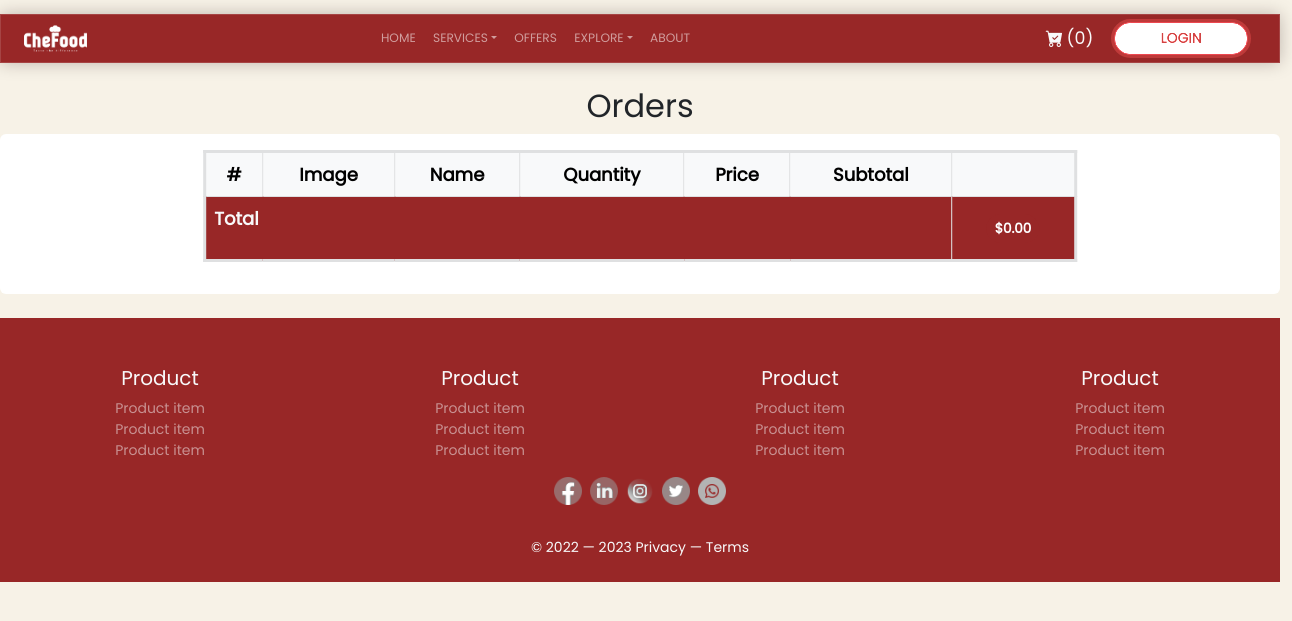
Repository: qamchamine/chefood
Page: /cart (app in front-end/)
The author's editor kept a copy of each file at every save. The page is drawn from the files as they stood at one save, then again after the next save.
The browser window is 1280 px wide. The page is 1292 px wide, so the pictures cover 1292 px, including what lies to the right of the window. The pictures show the whole page.
The project was rebuilt for these pictures with package versions that can differ from the ones it lists, and the page was loaded fresh each time. Some packages were replaced by stand-ins written for this rebuild. Also part of the build but not shown: front-end/src/css/products.css, front-end/src/components/small_components/ProductCard.jsx, front-end/src/components/small_components/AddProduct.jsx, front-end/src/components/pages/sub-pages/Products.jsx, front-end/src/components/small_components/ButtonMain.jsx, front-end/src/components/small_components/HomeCard.jsx, front-end/src/components/small_components/HomeCardFullSection.jsx, front-end/src/components/pages/Home.jsx and 34 more. Imported but missing from the stored project, and not drawn on this page: front-end/src/sounds/applause.mp3, front-end/src/sounds/wheel.mp3.

Above is the page before, as saved 2023-06-25 20:20:25.

### front-end/public/index.html
<!DOCTYPE html>
<html lang="en">
  <head>
    <meta charset="utf-8" />
    <link rel="icon" href="%PUBLIC_URL%/favicon.ico" />
    <meta name="viewport" content="width=device-width, initial-scale=1" />
    <meta name="theme-color" content="#000000" />
    <meta
      name="description"
      content="Web site created using create-react-app"
    />
    <link
    rel="stylesheet"
    href="https://fonts.googleapis.com/css?family=Roboto:400,700"
  />
  <link rel="stylesheet" href="https://cdn.jsdelivr.net/npm/bootstrap-icons@1.10.5/font/bootstrap-icons.css">

    <link rel="apple-touch-icon" href="%PUBLIC_URL%/logo192.png" />
    <link rel="manifest" href="%PUBLIC_URL%/manifest.json" />

    <link rel="stylesheet" href="https://fonts.googleapis.com/icon?family=Material+Icons">

    <link rel="stylesheet" href="https://maxcdn.bootstrapcdn.com/font-awesome/4.7.0/css/font-awesome.min.css">
    <script src="https://code.jquery.com/jquery-3.5.1.min.js"></script>
    <script src="https://cdn.jsdelivr.net/npm/popper.js@1.16.0/dist/umd/popper.min.js"></script>




    <title>React App</title>
  </head>
  <body>

    <div id="root"></div>
<!--     <script src="jquery/jquery-3.6.0.js"></script>  -->
    <script src="https://unpkg.com/sweetalert/dist/sweetalert.min.js"></script>

  </body>
</html>

### front-end/src/config/ShoppingContext.jsx

  import React, { createContext, useState, useEffect } from 'react';
  import Swal from 'sweetalert2'
  import axios from 'axios';

   const ShoppingContext = createContext();

const ShoppingProvider = ({ children }) => {
/*     const [orders,setOrders] = useState([])
     */

/*       function removeFromCart(item){
        setCartItems(cartItems.filter(product => product.id !== item.id));
        Swal.fire({
          position: 'top-end',
          icon: 'success',
          title: 'Your item has been removed',
          showConfirmButton: false,
          timer: 1500
        });
      } */

      return (
    <ShoppingContext.Provider value={
        { /* orders,setOrders */
          /* products,  cartItems, removeFromCart */
        }
      }>      {children}
    </ShoppingContext.Provider>
  );
};
export { ShoppingContext, ShoppingProvider }

### front-end/src/components/Footer.jsx
import React, { useEffect } from 'react'

import Facebook from '../images/icons/facebook.png'
import Linkedin from '../images/icons/linkedin.png'
import Instagram from '../images/icons/instagram.png'
import Twitter from '../images/icons/twitter.png'
import Whatsapp from '../images/icons/whatsapp.png'
import './../css/nav-footer.css';
export default function Footer() {

    return (
        <div className='footer container-fluid' style={{ background: '#982727' }}>
            <footer className=' py-2 pt-5 d-grid text-light'>
                <div className='row justify-content-around text-center '>
                    <div className='d-grid col-6 col-sm-12 col-md-6 col-lg-4 col-xl-3'>
                        <h5>Product</h5>
                        <a className='text-decoration-none text-light opacity-50' href="">Product item</a>
                        <a className='text-decoration-none text-light opacity-50' href="">Product item</a>
                        <a className='text-decoration-none text-light opacity-50' href="">Product item</a>
                    </div>
                    <div className='d-grid col-6 col-sm-12 col-md-6 col-lg-4 col-xl-3'>
                        <h5>Product</h5>
                        <a className='text-decoration-none text-light opacity-50' href="">Product item</a>
                        <a className='text-decoration-none text-light opacity-50' href="">Product item</a>
                        <a className='text-decoration-none text-light opacity-50' href="">Product item</a>
                    </div>
                    <div className='d-grid col-6 col-sm-12 col-md-6 col-lg-4 col-xl-3'>
                        <h5>Product</h5>
                        <a className='text-decoration-none text-light opacity-50' href="">Product item</a>
                        <a className='text-decoration-none text-light opacity-50' href="">Product item</a>
                        <a className='text-decoration-none text-light opacity-50' href="">Product item</a>
                    </div>
                    <div className='d-grid col-6 col-sm-12 col-md-6 col-lg-4 col-xl-3'>
                        <h5>Product</h5>
                        <a className='text-decoration-none text-light opacity-50' href="">Product item</a>
                        <a className='text-decoration-none text-light opacity-50' href="">Product item</a>
                        <a className='text-decoration-none text-light opacity-50' href="">Product item</a>
                    </div>
                </div>
                <div className='footer-icons row justify-content-center py-3 '>
                    <div className='d-flex gap-2 justify-content-center'>
                        <a href=""> <img src={Facebook} className='footer-icon' alt="" /> </a>
                        <a href=""> <img src={Linkedin} className='footer-icon' alt="" /> </a>
                        <a href=""> <img src={Instagram} className='footer-icon' alt="" /> </a>
                        <a href=""> <img src={Twitter} className='footer-icon' alt="" /> </a>
                        <a href=""> <img src={Whatsapp} className='footer-icon' alt="" /> </a>

                    </div>
                </div>
                <div className='row justify-content-center py-3'>
                    © 2022 — 2023 Privacy — Terms
                </div>
            </footer>
        </div>

    )
}

### front-end/src/css/home.css
.homeBG {
    height: fit-content;
    position: relative;
    right: -10%;
    top: 34%;
    z-index: -1;
    width: 100em !important;


}
@font-face {
    font-family: 'poppin';
    src: url('../fonts/Poppins/Poppins-Regular.ttf') ;
    font-weight: normal;
    font-style: normal;
  }
body {
    font-family:'poppin', sans-serif !important;
    background-color: #F7F2E7 !important;
    max-width: 100vw;
    font-weight: normal !important;
    overflow-x: hidden;
    font-size: 14px !important;
}

body::-webkit-scrollbar {
    width: 0;
}

.nb {
/*     position: fixed; */
/*     top: 1em; */
    background-color: #982727 !important;
    box-shadow: 0 0px 20px #1f020241;
    border: 1px solid #ffffff22;
}

.navbar {
    background-color: #982727 !important;
}

.changeColor {
    background-color: blue !important;
}

.signUP {
    background: white !important;
    color: #982727 !important;
    font-weight: bold !important;
    outline: 5px solid #982727ab;
    outline-offset: -2px;
    transition: 500ms ease;


}

.homeContent {
    height: 90vh;
    z-index: 0;
    margin-top: -1.5em !important;
}

.homeContent h1 {
    color: #F7F2E7;
    text-align: start;
width: 40vw !important;
}

.homeContent h1 span {
    position: relative;
    display: inline-block;
    margin-bottom: 10px;
    padding: 4px 20px 8px;
    transition: 1s ease;
}

.homeContent h1 span::before {
    content: '';
    position: absolute;
    background: #982727;
    left: 0;
    top: 0;
    z-index: -1;
    width: 100%;
    height: 100%;
    transform: skew(-10deg);
}

.homeContent h1 span:last-child::before {
    transform: skew(10deg);
}

.homeContent p {
    width: 72%;
    color: #982727;
    text-align: left;
}

.homeContent .homeMainButtons {
    width: 72%;
}

.cardBtn {
    transition: 1s ease;
}

.cardBtn:hover {
    filter: brightness(130%);

}

.cardBtn i {
    left: 63%;
    transition: 300ms ease;
}

.cardBtn:hover i {
    left: 75%;
}

.btnMain:hover {
    filter: brightness(130%);
}

.card-img-top {
    object-fit: cover;
}

.signUP:hover {

    background: #982727 !important;
    color: white !important;
    font-weight: bold !important;
    outline: 5px solid #ffffff55;
    outline-offset: -4px;
}

.cardsGroup:not(:first-child) {
    translate: 50% 0;
}

.arrow-1-1 {
    position: absolute;
    top: 50%;
    left: 0;
}

.home .carousel-control-prev-icon,
.home .carousel-control-next-icon {

    width: 1.3em;
    height: 1.3em;
    color:black !important;

    outline: 12px solid #982929;
    outline-offset: -1px;
    background-color: #982929;
    background-size: 100%, 100%;
    border-radius: 50%;
    box-shadow: 0 0 10px black;
}

.home .carousel-control-prev,
.home .carousel-control-next {
    z-index: 10;
    width: 4em !important;
/*     background: red; */

}

/* .py-4 {
    padding-top: 0rem !important;
    padding-bottom: 0rem !important;
} */

.nb{
    zoom:87%;
}

### front-end/src/css/cart.css
.ajouterPanierTable td{
    font-size: .9em;
    width: fit-content !important;
    text-align: center;
}
.ajouterPanierTable th{
    width: fit-content !important;
    text-align: center;
}
.ajouterPanierTable {
width: 70% !important;
position: relative;
left: 50%;
translate: -50% 0;
border: .2em solid #982727;
}
.cart-page .card {
    box-shadow:none;
}

### front-end/src/css/Reviews.css
.Reviews-color
{
  color : #982727;
  text-transform: uppercase;
  letter-spacing: 0.5em;
}
.Reviews-paragraph
{
  font-size: 0.8em;
}
.parent-card{
    margin-top:50px !important;
}
.card
{
    border: none !important;
    box-shadow: 0 4px 8px 0 rgba(0, 0, 0, 0.2), 0 6px 20px 0 rgba(0, 0, 0, 0.19);
}
.user-name
{
    color : #000D7E;
}
.description
{
    color: #982727;
    font-size: 0.75em;
}
.comment{
    margin:5px;
    font-size:0.55em;
}
.reviewCardImage{
    margin-top:16px;
}
.reviewCard:hover .reviewCardImage{
    scale:1.2;
    margin-inline:.3em;
}
.reviewCard:hover .reviewCardImage{
    transition:300ms ease;
}
.reviewCard:hover .hoverstar{
    scale:1.2;
    margin-inline:.3em;
}
.reviewCard .hoverstar{
    transition:300ms ease;
}
.reviewCardImage{
    width:40%;
    transition:300ms ease;
}

.reviewCard strong{
    left:50%;
    translate:-50% 0;
    width:100%;
    bottom:.9em;
}

.the-bottom-page{
    margin-top:25px;
    position: absolute;
    left: auto;
    right: 0;
}

@media (max-width: 1200px) { /* Extra large devices (large desktops, 1200px and up) */
    .card {
      width: 100%;
    }
    .col-4 {
      width: 33.33333333%;
    }
    strong img{
        width: 19px;
    }
  }
  @media (max-width: 1118px) { /* Large devices (desktops, 992px and up) */
    .card {
      width: 100%;
    }
    .col-4 {
        width: 33.33333333%;
    }
    strong img{
        width: 16px;
    }
  }
  @media (max-width: 992px) { /* Medium devices (tablets, 768px and up) */
    .card {
        width: 140%;
    }
  }
  @media (max-width: 770px) { /* Medium devices (tablets, 768px and up) */
    .card {
        width: 95%;
    }
    .col-4 {
        width: 25% !important;
    }
    .parent-card
    {
        --bs-gutter-x: 0.5rem;
        display: grid !important;
        grid-template-columns: repeat(2, 1fr);
    }
    .col-4 {
        margin-top:10px !important;
        width: 60% !important;
    }
  }
  @media (max-width: 716px) { /* Small devices (landscape phones, 576px and up) */

    .card {
        width: 95%;
    }
        strong img{
        width: 16px;
    }
  }
  @media only screen and (max-width: 576px){ /* Small devices (landscape phones, 576px and up) */

    .card {
        width: 95%;
    }
    .col-md-2 {
        flex: 0 0 16.666667%;
        max-width: 16.666667%;
    }
    strong img{
        width: 16px;
    }
  }

  @media only screen and (max-width: 528px){ /* Small devices (landscape phones, 576px and up) */

    .card {
        width: 70%;
        margin-left:30px;
    }
    .parent-card
    {
        --bs-gutter-x: 0.5rem;
        display: grid !important;
        grid-template-columns: repeat(1, 1fr);
    }
    .col-md-2 {
        flex: 0 0 16.666667%;
        max-width: 16.666667%;
    }
    strong img{
        width: 16px;
    }
  }

  @media only screen and (max-width: 365px){ /* Small devices (landscape phones, 576px and up) */

    .card {
        width: 80%;
        margin-left:20px;
    }
    .parent-card
    {
        --bs-gutter-x: 0.5rem;
        display: grid !important;
        grid-template-columns: repeat(1, 1fr);
    }
    .col-md-2 {
        flex: 0 0 16.666667%;
        max-width: 16.666667%;
    }
    strong img{
        width: 16px;
    }
  }

### front-end/src/css/location.css
@import url('https://fonts.googleapis.com/css2?family=Roboto:wght@100&display=swap');

.location-color
{
  color : #982727;
  text-transform: uppercase;
  letter-spacing: 0.3em;
}
.where-restorant
{
    width: 459px;
    margin:auto;
}
.restorant-location-title{
    font-family: 'Century Gothic';
    font-size:32px;
    font-weight:400;
}
.restorant-location-line{
    background:#B12222;
    height: 3px;
    width: 450px;
    display: inline-block;
    margin: 15px auto;
}
.restorant-location-p
{
    color:#000000 75%;
    font-size: 15px;
    font-weight: 400;
    font-family: 'Roboto', sans-serif;
}
.main-location{
    display: grid !important;
    grid-template-columns: repeat(2, 1fr);
    flex-direction: column;
    justify-content: center;
    align-items: center;
    text-align:center;
}
.restorant-location-btn{
    background-color: #B12222;
    border: none;
    width: 300px;
    height: 40px;
    border-radius: 15px;
    color: #fff;
}
.restorant-location-btn:hover{
    background-color: #fff;
    border: 2px solid #B12222;
    border-radius: 15px;
    color: #B12222;
}
.location-icon{
    margin-right: 15px;
}


  @media (max-width: 1123px) { /* Extra large devices (large desktops, 1200px and up) */
    .earth-image img{
        width: 450px;
    }
  }
  @media (max-width: 992px) { /* Medium devices (tablets, 768px and up) */
    .earth-image img{
        width: 400px;
    }
    .where-restorant {
        width: 400px;
        margin: auto;
    }
    .restorant-location-line{
        width: 350px;
        display: inline-block;
    }
  }
  @media (max-width: 868px) { /* Medium devices (tablets, 768px and up) */

    .earth-image img{
        width: 380px;
    }
    .where-restorant {
        width: 380px;
        margin: auto;
    }
    .restorant-location-line{
        width: 320px;
        display: inline-block;
    }
    .restorant-location-p{
        font-size: 13px;
    }
    .restorant-location-title{
        font-size:28px;
    }

  }
  @media (max-width: 783px) { /* Small devices (landscape phones, 576px and up) */
    .earth-image img{
        margin-top: 30px;
        width: 380px;
    }
    .where-restorant {
        width: 380px;
        margin: auto;
    }
    .restorant-location-line{
        width: 320px;
        display: inline-block;
    }
    .restorant-location-p{
        font-size: 15px;
    }
    .restorant-location-title{
        font-size:32px;
    }
    .main-location{
        display: grid !important;
        grid-template-columns: repeat(1, 1fr);
        justify-items: center;
        text-align:center;
    }
  }
  @media(max-width: 401px){ /* Small devices (landscape phones, 576px and up) */
    .earth-image img{
        width: 330px;
        margin-top: 30px;
    }
    .where-restorant {
        width: 330px;
        margin: auto;
    }
    .restorant-location-line{
        width: 320px;
        display: inline-block;
    }
    .restorant-location-p{
        font-size: 13px;
    }
    .restorant-location-title{
        font-size:28px;
    }
    .main-location{
        display: grid !important;
        grid-template-columns: repeat(1, 1fr);
        justify-items: center;
        text-align:center;
    }
  }

### front-end/src/css/contactus.css
@import url('https://fonts.googleapis.com/css2?family=Inter:wght@200;400&family=Quattrocento+Sans&family=Roboto&display=swap');

.contactus-color{
    color : #982727;
    text-transform: uppercase;
    letter-spacing: 0.3em;
}
.image-contactus img{
    height: 620px;
}
.main-contactus{
    display: grid !important;
    grid-template-columns: repeat(2, 1fr);
    justify-items: center;
}
.message-information-send{
    width:auto;
    margin:auto;
}
.message-information-send label
{
    margin:25px 0 10px 0;
    font-family: 'Inter';
    font-style: normal;
    font-weight: 400;
    font-size: 13px;
    line-height: 26px;
    color: #692C2C;
}
.message-information-send input{
    padding:3px 15px;
    margin:15 0px;
    Width:425px;
    Height:56px;
    background: #F7F2E7;
    border: 2px solid #982727;
    border-radius: 5px;
}
.message-information-send {
    outline: none;
}
.message-information-send textarea{
    padding:15px;
    Width:425px;
    Height:220px;
    background: #F7F2E7;
    border: 2px solid #982727;
    border-radius: 5px;
}
.message-information-send textarea,input::placeholder{
    font-family: 'Inter';
    font-style: normal;
    font-weight: 200;
    font-size: 12px;
}
.message-information-send input,textarea:focus-visible{
    outline: none;
}
.send-contact-btn{
    margin-top: 14px;
    background-color: #B12222;
    border: none;
    width: 425px;
    height: 40px;
    border-radius: 15px;
    color: #fff;
    font-family: 'Roboto';
    font-style: normal;
    font-weight: 500;
    font-size: 19px;
}
.send-icon{
    margin-right:15px;
}
.send-contact-btn:hover{
    background-color: #fff;
    border: 2px solid #B12222;
    border-radius: 15px;
    color: #B12222;
}









  @media (max-width: 1118px) { /* Large devices (desktops, 992px and up) */
    .image-contactus img{
        height: 620px;
        width:550px;
    }

    .message-information-send input{
        width:325px;
    }
    .message-information-send textarea{
        width:325px;
    }
    .send-contact-btn{
        width:325px;
    }
  }
  @media (max-width: 992px) { /* Medium devices (tablets, 768px and up) */
    .image-contactus img{
        margin: auto;
        height: 550px;
        width:450px;
    }
    .message-information-send{
        margin-right:50px;
    }
    .message-information-send input{
        width:325px;
    }
    .message-information-send textarea{
        width:325px;
    }
    .send-contact-btn{
        width:325px;
    }
  }
  @media (max-width: 881px) { /* Medium devices (tablets, 768px and up) */
    .image-contactus img{
        margin: auto;
        height: 550px;
        width:450px;
    }
    .main-contactus{
        display: grid !important;
        grid-template-columns: repeat(1, 1fr);
        flex-direction: column;
        justify-content: center;
        align-items: center;
    }
    .message-information-send{
        margin:auto;
    }
    .message-information-send input{
        width: 425px;
    }
    .message-information-send textarea{
        width: 425px;
    }
    .send-contact-btn{
        width: 425px;
    }
  }


  @media only screen and (max-width: 467px){ /* Small devices (landscape phones, 576px and up) */

    .image-contactus img{
        margin: auto;
        height: 500px;
        width:330px;
    }
    .main-contactus{
        display: grid !important;
        grid-template-columns: repeat(1, 1fr);
        justify-items: center;
    }
    .message-information-send{
        margin:auto;
    }
    .message-information-send input{
        width: 325px;
    }
    .message-information-send textarea{
        width: 325px;
    }
    .send-contact-btn{
        width: 325px;
    }

  }

### front-end/src/css/Timer.css

@import url(https://fonts.googleapis.com/css?family=Titillium+Web:400,200,200italic,300,300italic,900,700italic,700,600italic,600,400italic);

/* .timer {
  font-family: 'Titillium Web', cursive;
  width: 800px;
  margin: 0 auto;
  text-align: center;
  color: white;
  background: #222;
  font-weight: 100;
} */

.timer {
  display: inline-flex;
  line-height: 1;
  padding: 20px;
  font-size: 40px;
  font-family: 'Times New Roman', cursive;


}
.timerD{
    border-radius: 2px;
    padding: 5px;
    font-size: 10px;
    border: 70px rgb(131, 55, 55);
    box-shadow:2px 2px 4px rgba(0, 0, 0, 0.4), 4px 4px 8px rgba(0, 0, 0, 0.2);
}

.Stime {
  display: block;
  font-size: 20px;
  color: rgb(206, 178, 19);

}

#days {
  font-size: 80px;
  color: rgb(92, 25, 5);
  background-color:rgb(230, 230, 234);

  margin: 15px;
}
#hours {
  font-size: 80px;
  color: rgb(92, 25, 5);
  background-color:rgb(230, 230, 234);
  margin: 15px;
}
#minutes {
  font-size: 80px;

  color: rgb(92, 25, 5);
  background-color:rgb(230, 230, 234);
  margin: 15px;
}
#seconds {
  font-size: 80px;
  color: rgb(92, 25, 5);
  background-color:rgb(230, 230, 234);
  margin: 15px;
}

Loaded but not shown: front-end/src/index.css (common file); front-end/src/config/LoginContext.js (93 lines, source omitted); front-end/src/App.js (42 lines, source omitted); front-end/src/index.js (24 lines, source omitted); front-end/src/css/reservation.css (400 lines, source omitted); front-end/src/components/Navbar.jsx (179 lines, source omitted); front-end/src/components/small_components/shopping/Cart.jsx (89 lines, source omitted); front-end/src/css/nav-footer.css (258 lines, source omitted)

After the next save:
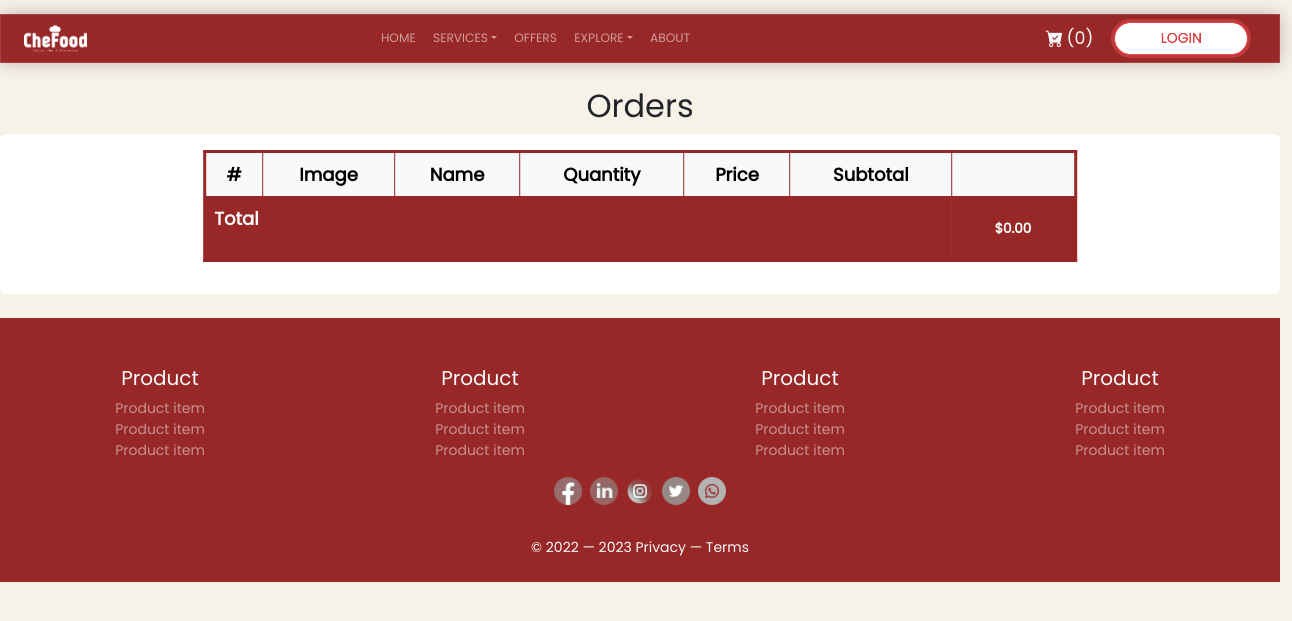
Saved 14 s later.
--- a/front-end/src/css/cart.css
+++ b/front-end/src/css/cart.css
@@ -12,7 +12,7 @@ width: 70% !important;
 position: relative;
 left: 50%;
 translate: -50% 0;
-border: .2em solid #982727;
+border: .2em solid #982727 !important;
 }
 .cart-page .card {
     box-shadow:none;
